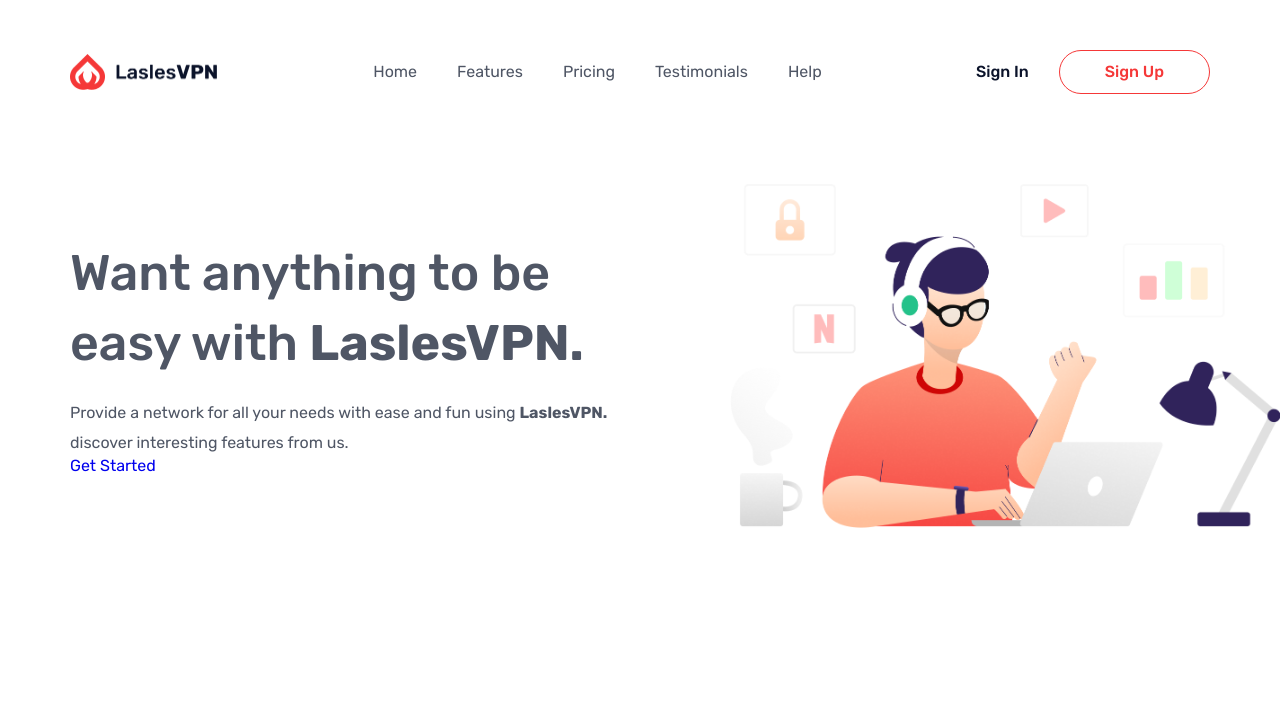
Repository: kebinh1235/lasles-demo
Page: index.html
These files come from the project's save history. The page is drawn as it stood at one moment and after the next save; the edit follows.
The browser window is 1280 px wide. The pictures show the whole page.
The style sheet was rebuilt from its Sass, Less or Tailwind sources for each picture, by a compiler version that may differ from the author's.

Above is the page before, as saved 2021-10-30 13:28:57.

### index.html
<!DOCTYPE html>
<html lang="en">
<head>
  <meta charset="UTF-8">
  <meta http-equiv="X-UA-Compatible" content="IE=edge">
  <meta name="viewport" content="width=device-width, initial-scale=1.0">
  <title>Lales VPN</title>
  <!-- Google Font -->
  <link rel="preconnect" href="https://fonts.googleapis.com">
  <link rel="preconnect" href="https://fonts.gstatic.com" crossorigin>
  <link href="https://fonts.googleapis.com/css2?family=Nunito:wght@300;400&family=Rubik:wght@400;500;700&display=swap" rel="stylesheet">
  <!-- CSS -->
  <link rel="stylesheet" href="./css/app.css">
</head>
<body>
  <div class="wrapper">
    <header class="header">
      <div class="container">
        <div class="header__container">
          <img class="header__logo" srcset="./images/logo.png 2x" alt="Logo">
          <ul class="menu">
            <li class="menu-item">
              <a href="#" class="menu-link">Home</a>
            </li>
            <li class="menu-item">
              <a href="#" class="menu-link">Features</a>
            </li>
            <li class="menu-item">
              <a href="#" class="menu-link">Pricing</a>
            </li>
            <li class="menu-item">
              <a href="#" class="menu-link">Testimonials</a>
            </li>
            <li class="menu-item">
              <a href="#" class="menu-link">Help</a>
            </li>
          </ul>
          <div class="header__auth">
            <a href="#" class="header__auth-signin">Sign In</a>
            <a href="#" class="header__auth-signup">Sign Up</a>
          </div>
        </div>
      </div>
    </header>
    <main>
      <section class="hero">
        <div class="container">
          <div class="hero__container">
            <div class="hero__content">
              <h1 class="hero__title">
                Want anything to be easy with <strong>LaslesVPN.</strong>
              </h1>
              <p class="hero__desc">Provide a network for all your needs with ease and fun using <strong>LaslesVPN.</strong> discover interesting features from us.</p>
              <a href="#" class="btn btn-primary">Get Started</a>
            </div>
            <div class="hero__img">
              <img srcset="./images/hero.png 2x" alt="">
            </div>
          </div>
        </div>
      </section>
    </main>
  </div>
</body>
</html>

### sass/app.scss
@import "variables";
@import "global";
@import "reset";
@import "header";
@import "hero";

### sass/_variables.scss
$font: "Rubik", sans-serif;
$text-color: #4f5665;
$heading-color: #0b132a;
$primary-color: #f53838;
$gray-color: #DDE0E4;

### sass/_global.scss
.wrapper {
  max-width: 1440px;
  margin: 0 auto;
}
.container {
  max-width: 1170px;
  padding: 0 15px;
  margin: 0 auto;
}
body {
  font-family: $font;
  color: $text-color;
  line-height: 1;
  font-weight: 400;
}

### sass/_reset.scss
html {
box-sizing: border-box;
}
* {
  margin: 0;
  padding: 0;
  text-decoration: none;
  list-style: none;
}
*,*:before,*:after {
box-sizing: border-box;
}
input,
textarea,
select,
button{
outline: none;
}
input{
line-height: normal;
}
label,
button{
cursor: pointer;
}
a {
text-decoration: none;
}
img {
display: block;
max-width: 100%;
}

### sass/_header.scss
.header {
  padding-top: 50px;
  padding-bottom: 90px;
  &__container {
    display:flex;
    justify-content: space-between;
    align-items: center;
  }
  &__auth {
    display:flex;
    align-items: center;
    gap: 0 30px;
    text-transform: capitalize;
    font-weight: 500;
    &-signin {
      color: $heading-color;
    }
    &-signup {
      color: $primary-color;
      border: 1px solid $primary-color;
      padding: 13px 45px;
      border-radius: 100rem;
    }

  }
}
.menu {
  display: flex;
  align-self: center;
  gap: 0 40px;
  &-link {
    color: inherit;
  }
}

### sass/_hero.scss
.hero {
  &__container {
    display:flex;
    justify-content: space-between;
    align-items: center;
    gap: 0 40px;
    // flex-wrap: wrap;
  }
  &__content {
    width: 100%;
    max-width: 555px;
  }
  &__title {
    font-size: 50px;
    font-weight: 500;
    margin-bottom: 20px;
    line-height: calc(70 / 50);
  }
  &__desc {
    flex-shrink: 0;
    line-height: calc(30 / 16);
  }
  &__img {
    width: 100%;
    transform: translateX(70px);
  }
}

After the next save:
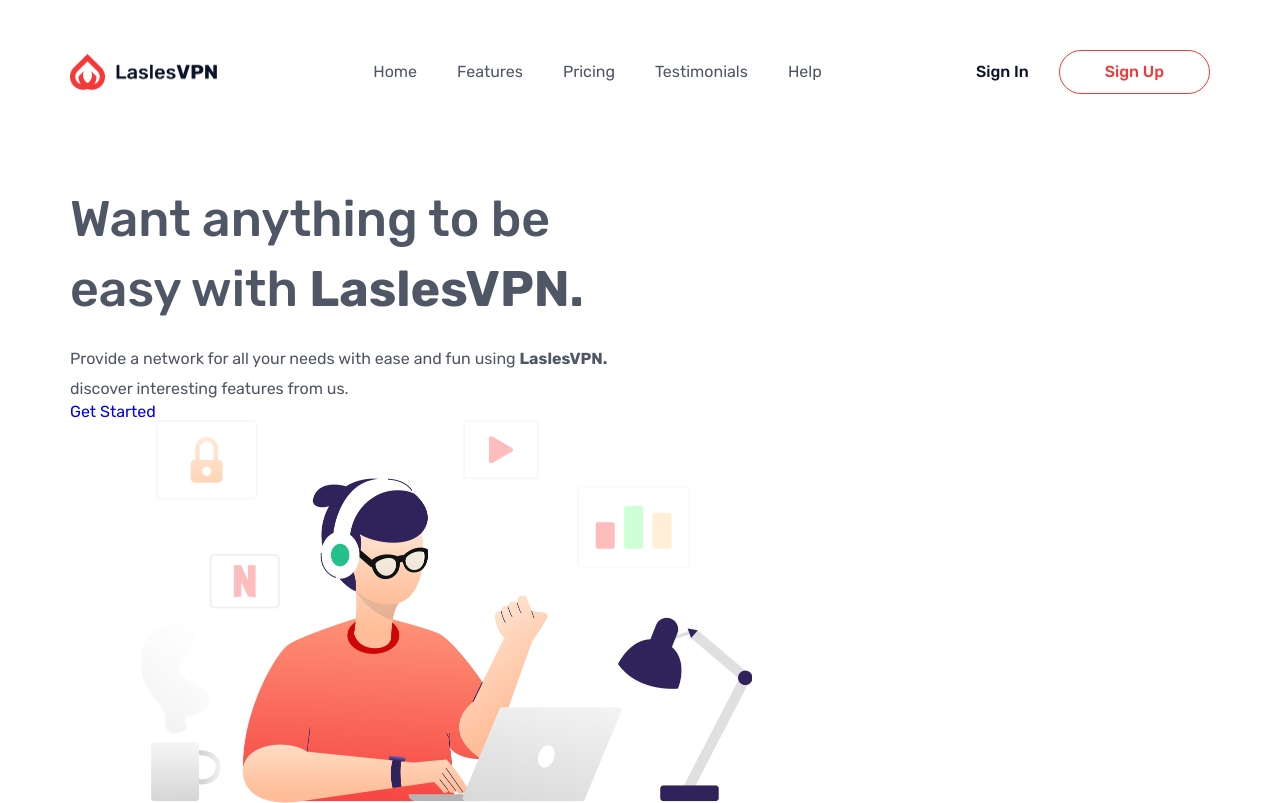
Saved 12 s later.
--- a/sass/_hero.scss
+++ b/sass/_hero.scss
@@ -4,7 +4,7 @@
     justify-content: space-between;
     align-items: center;
     gap: 0 40px;
-    // flex-wrap: wrap;
+    flex-wrap: wrap;
   }
   &__content {
     width: 100%;

After the 2 saves that followed:
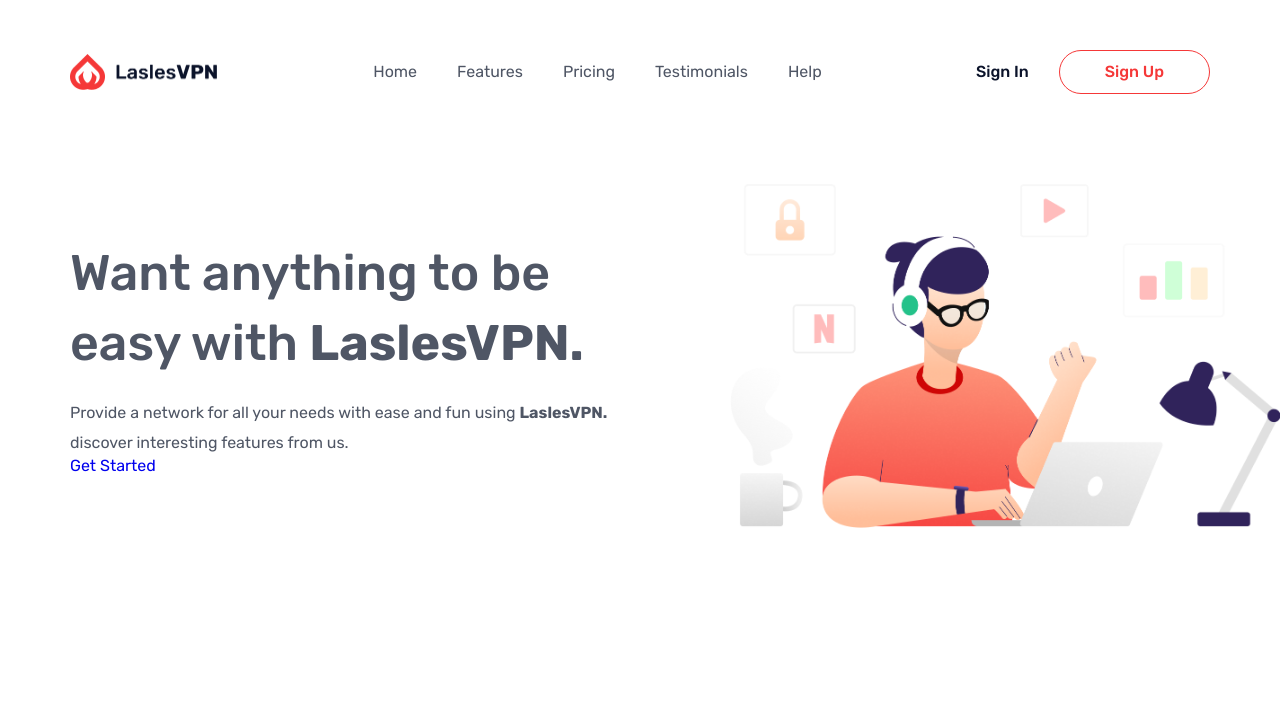
The 2 saves are shown as one change because 1 left the picture as it was.
The last was saved 10 s later.
--- a/sass/_hero.scss
+++ b/sass/_hero.scss
@@ -4,7 +4,6 @@
     justify-content: space-between;
     align-items: center;
     gap: 0 40px;
-    flex-wrap: wrap;
   }
   &__content {
     width: 100%;
